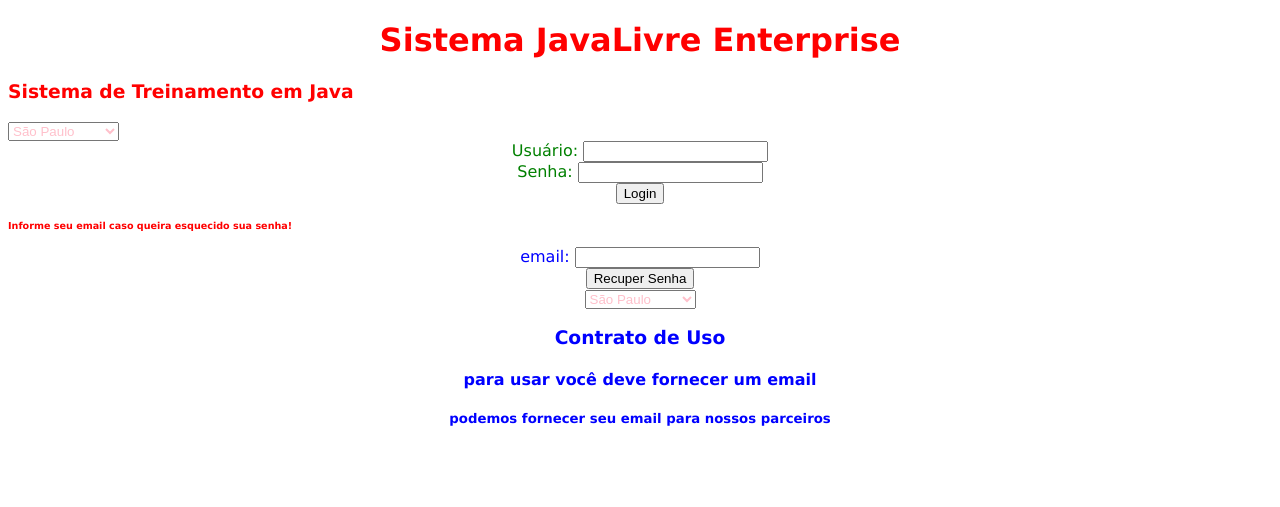
Repository: marciojv/treina-java
Page: workspace/JavaLivre/src/html/login.html
An editor plug-in stored every save of this project. The page is shown before and after the next save, followed by the edit.
The browser window is 1280 px wide. The pictures show the whole page.

Above is the page before, as saved 2017-06-10 16:31:35.

### workspace/JavaLivre/src/html/login.html
<!DOCTYPE html>
<html>
<head>

<link rel="stylesheet" type="text/css" href="css/javalivre.css">

<style type="text/css">


/*

#form1 select {
    color: yellow;
}


form select {
    color: yellow;
}


# os dois elementos recebem os atributos
form select {
    color: yellow;
}

# muda os elementos select que estao dentro de qualquer form
form > select {
    color: yellow;
}

select {
    color: yellow;
}

:focus {
    color: pink;
}


*/


div {
   color: blue;
   text-align: center;
}

h1 {
  text-align: center;
}

#h5recupera {
  font-size: 60%;
}

.contrato {
    text-align: center;
    color: blue;
}

</style>


<meta charset="UTF-8">
<title>Login</title>
</head>
<body>
<h1>Sistema JavaLivre Enterprise</h1>
<h3>Sistema de Treinamento em Java</h3>

<form id="form1" action="login.html">

<select name="estado" >
  <option value="PR">Paraná</option>
  <option value="SC">Santa Catarina</option>
  <option selected value="SP">São Paulo</option>
</select>

<div id="divlogin" style="color:green" >
Usuário: <input type="text" name="login"><br>
Senha:   <input type="text" name="senha"><br>
         <input type="submit" value="Login"><br>
</div>

</form>

<h5 id="h5recupera" >Informe seu email caso queira esquecido sua senha!</h5>
<div id="divrecupera">
<form action="login.html">
email: <input type="email" name="email"><br>
       <input type="submit" value="Recuper Senha"><br>

<select name="estadocontrato" >
  <option value="PR">Paraná</option>
  <option value="SC">Santa Catarina</option>
  <option selected value="SP">São Paulo</option>
</select>

</form>
</div>

<h3 class="contrato" >Contrato de Uso</h3>
<h4 class="contrato" >para usar você deve fornecer um email</h4>
<h5 class="contrato" >podemos fornecer seu email para nossos parceiros</h5>

</body>




</html>

### workspace/JavaLivre/src/html/css/javalivre.css
@CHARSET "UTF-8";

body {
  color: red;
  font-family: verdana;
}

select {
    color: pink;
}


/* Adiciona o Css a todos elementos */
/*
* {
	color: pink;
}
*/

After the next save:
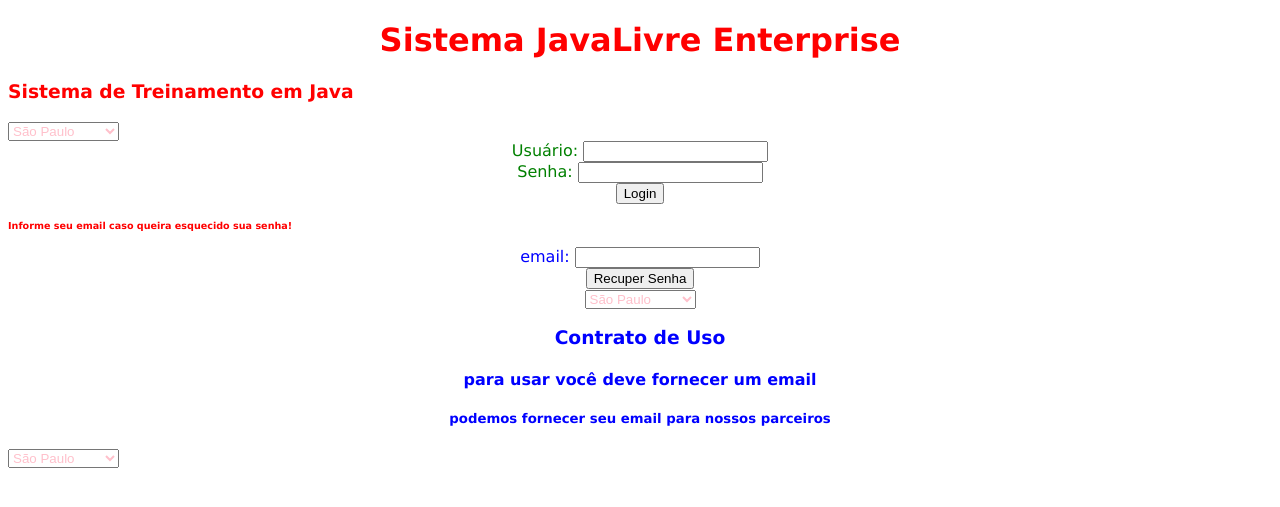
Saved 101 s later.
--- a/workspace/JavaLivre/src/html/login.html
+++ b/workspace/JavaLivre/src/html/login.html
@@ -29,9 +29,7 @@ form > select {
     color: yellow;
 }
 
-select {
-    color: yellow;
-}
+
 
 :focus {
     color: pink;
@@ -91,7 +89,7 @@ Senha:   <input type="text" name="senha"><br>
 email: <input type="email" name="email"><br>
        <input type="submit" value="Recuper Senha"><br>
 
-<select name="estadocontrato" >
+<select name="estadorecupera" >
   <option value="PR">Paraná</option>
   <option value="SC">Santa Catarina</option>
   <option selected value="SP">São Paulo</option>
@@ -104,6 +102,12 @@ email: <input type="email" name="email"><br>
 <h4 class="contrato" >para usar você deve fornecer um email</h4>
 <h5 class="contrato" >podemos fornecer seu email para nossos parceiros</h5>
 
+<select name="estadocontrato" >
+  <option value="PR">Paraná</option>
+  <option value="SC">Santa Catarina</option>
+  <option selected value="SP">São Paulo</option>
+</select>
+
 </body>
 
 
